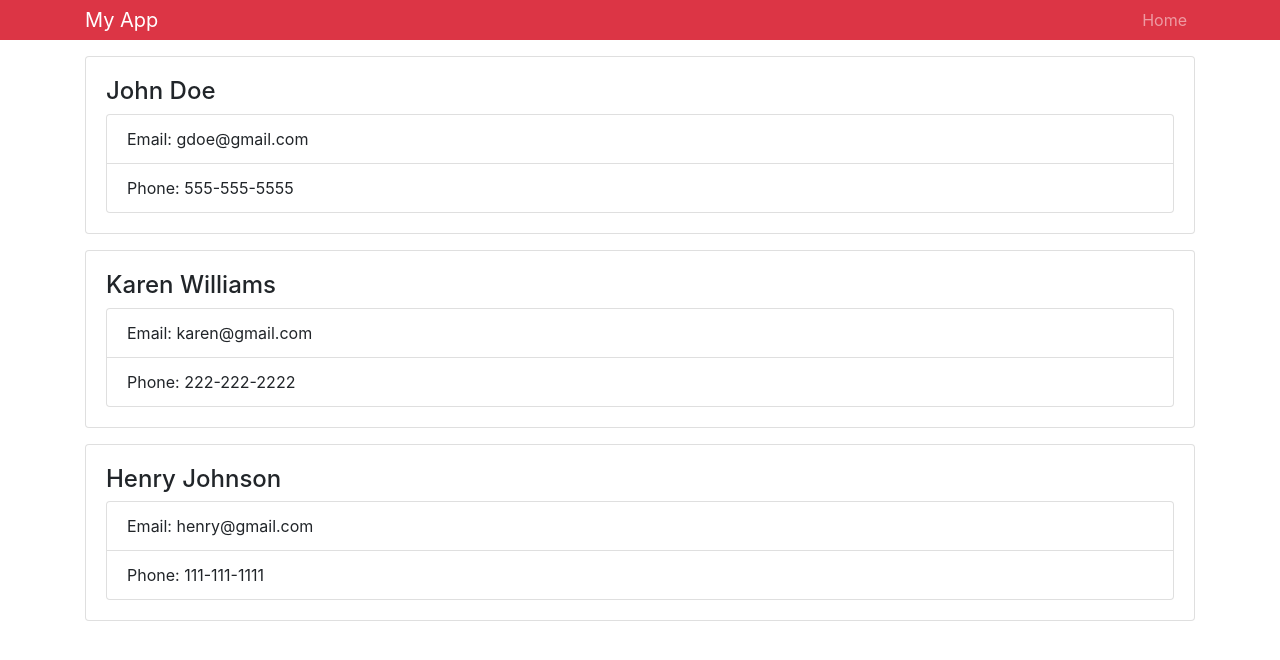
Repository: Mtbwka/contactmanager
Page: /contact/add
The author's editor kept a copy of each file at every save. The page is drawn from the files as they stood at one save, then again after the next save.
The browser window is 1280 px wide. The pictures show the whole page.
Some web libraries are served in a nearby version. The project was rebuilt for these pictures with package versions that can differ from the ones it lists, and the page was loaded fresh each time.

Above is the page before, as saved 2019-04-24 22:10:01.

### public/index.html
<!DOCTYPE html>
<html lang="en">
  <head>
    <meta charset="utf-8" />
    <link rel="shortcut icon" href="%PUBLIC_URL%/favicon.ico" />
    <meta
      name="viewport"
      content="width=device-width, initial-scale=1, shrink-to-fit=no"
    />
    <meta name="theme-color" content="#000000" />
    <link rel="stylesheet" href="https://use.fontawesome.com/releases/v5.8.1/css/all.css" integrity="sha384-50oBUHEmvpQ+1lW4y57PTFmhCaXp0ML5d60M1M7uH2+nqUivzIebhndOJK28anvf" crossorigin="anonymous">
    <!--
      manifest.json provides metadata used when your web app is installed on a
      user's mobile device or desktop. See https://developers.google.com/web/fundamentals/web-app-manifest/
    -->
    <link rel="manifest" href="%PUBLIC_URL%/manifest.json" />
    <!--
      Notice the use of %PUBLIC_URL% in the tags above.
      It will be replaced with the URL of the `public` folder during the build.
      Only files inside the `public` folder can be referenced from the HTML.

      Unlike "/favicon.ico" or "favicon.ico", "%PUBLIC_URL%/favicon.ico" will
      work correctly both with client-side routing and a non-root public URL.
      Learn how to configure a non-root public URL by running `npm run build`.
    -->
    <title>React App</title>
  </head>
  <body>
    <noscript>You need to enable JavaScript to run this app.</noscript>
    <div id="root"></div>
    <!--
      This HTML file is a template.
      If you open it directly in the browser, you will see an empty page.

      You can add webfonts, meta tags, or analytics to this file.
      The build step will place the bundled scripts into the <body> tag.

      To begin the development, run `npm start` or `yarn start`.
      To create a production bundle, use `npm run build` or `yarn build`.
    -->
  </body>
</html>

### src/App.js
import React, { Component } from 'react';
import Contacts from './components/Contacts';
import Header from './components/Header';

import 'bootstrap/dist/css/bootstrap.min.css';

class App extends Component {
  render() {
    return (
      <div className='App'>
        <Header />
        <div className='container'>
          <Contacts />
        </div>
      </div>
    );
  }
}

export default App;

### src/components/Contacts.js
import React, { Component } from 'react';
import Contact from './Contact';

class Contacts extends Component {
  state = {
    contacts: [
      {
        id: 1,
        name: 'John Doe',
        email: 'gdoe@gmail.com',
        phone: '555-555-5555'
      },
      {
        id: 2,
        name: 'Karen Williams',
        email: 'karen@gmail.com',
        phone: '222-222-2222'
      },
      {
        id: 3,
        name: 'Henry Johnson',
        email: 'henry@gmail.com',
        phone: '111-111-1111'
      }
    ]
  };

  render() {
    const { contacts } = this.state;

    return (
      <div>
        {contacts.map(contact => (
          <Contact key={contact.id} contact={contact} />
        ))}
      </div>
    );
  }
}

export default Contacts;

### src/components/Header.js
import React from 'react';
import PropTypes from 'prop-types';

// export default function Header() {
//   return <div />;
// }

const Header = props => {
  const { branding } = props;
  return (
    <nav className="navbar navbar-expand-sm navbar-dark bg-danger mb-3 py-0">
      <div className="container">
        <a href="/" className="navbar-brand">{branding}</a>
        <div>
          <ul className="navbar-nav mr-auto">
            <li className="nav-item">
              <a href="/" className="nav-link">Home</a>
            </li>
          </ul>
        </div>
      </div>
    </nav>
  );
};

Header.defaultProps = {
  branding: 'My App'
};

Header.propTypes = {
  branding: PropTypes.string.isRequired
};

export default Header;

### src/components/Contact.js
import React, { Component } from 'react';
import PropTypes from 'prop-types';

class Contact extends Component {
  //   static propTypes = {
  //     name: PropTypes.string.isRequired,
  //     email: PropTypes.string.isRequired,
  //     phone: PropTypes.string.isRequired
  //   };

  render() {
    const { name, email, phone } = this.props.contact;
    return (
      <div className='card card-body mb-3'>
        <h4>{name}</h4>
        <ul className='list-group'>
          <li className='list-group-item'>Email: {email}</li>
          <li className='list-group-item'>Phone: {phone}</li>
        </ul>
      </div>
    );
  }
}

Contact.propTypes = {
  contact: PropTypes.object.isRequired
};

export default Contact;

Loaded but not shown: src/index.js (common file); src/serviceWorker.js (common file)

After the next save:
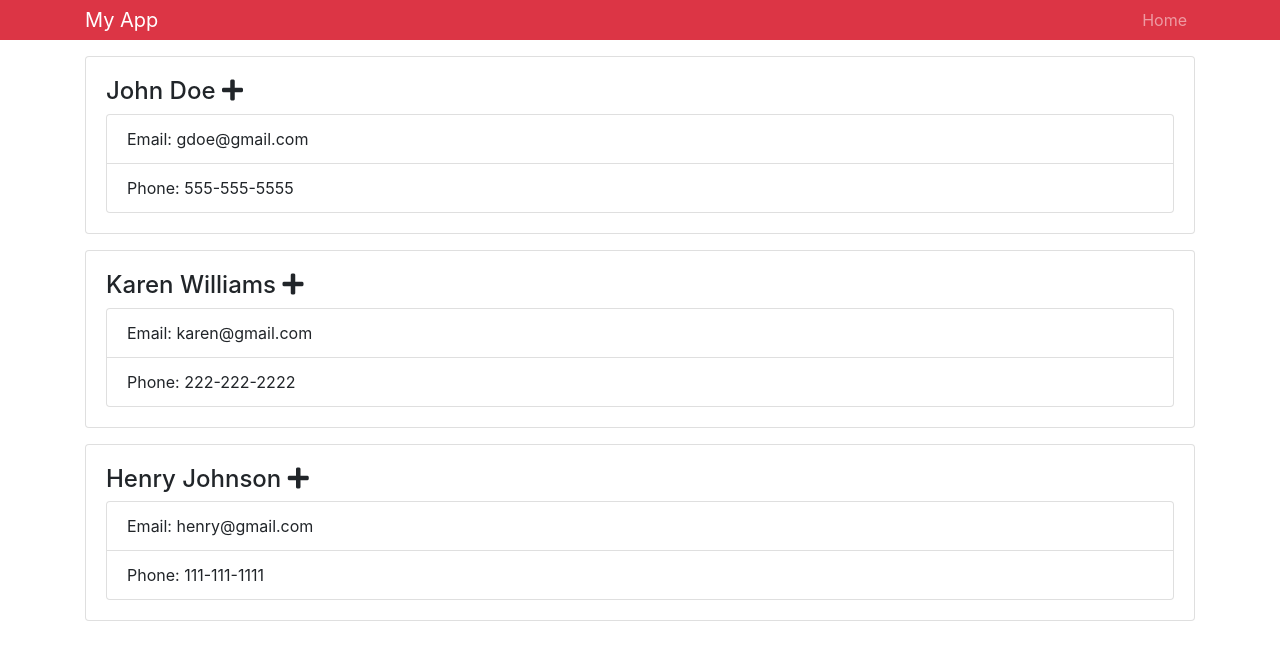
Saved 95 s later.
--- a/src/components/Contact.js
+++ b/src/components/Contact.js
@@ -12,7 +12,7 @@ class Contact extends Component {
     const { name, email, phone } = this.props.contact;
     return (
       <div className='card card-body mb-3'>
-        <h4>{name}</h4>
+        <h4>{name} <i className="fas fa-plus"></i></h4>
         <ul className='list-group'>
           <li className='list-group-item'>Email: {email}</li>
           <li className='list-group-item'>Phone: {phone}</li>
